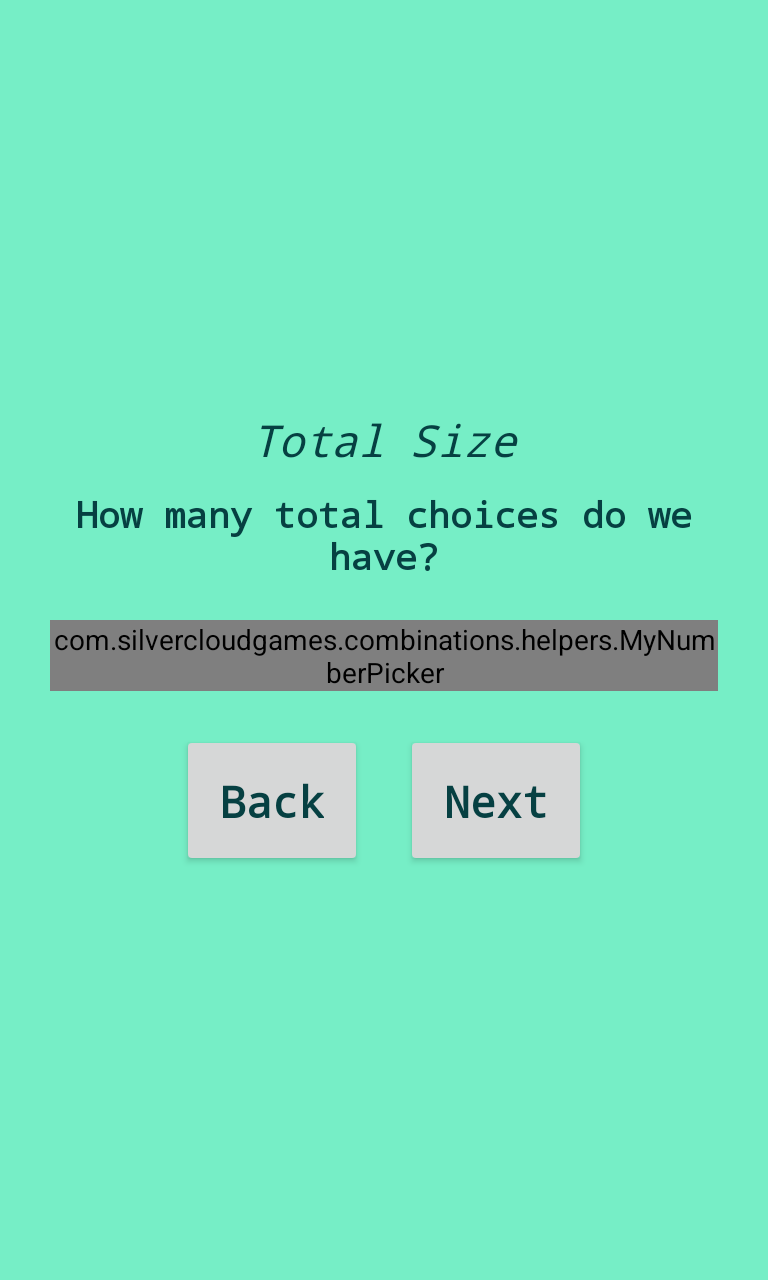
Repository: rontejada1991/Combinations-and-Permutations-Android-App
Layout: combinations/res/layout/activity_total_size.xml
An editor plug-in stored every save of this project. The layout is shown before and after the next save, followed by the edit.
Pictures or frames that could not be fetched are drawn as grey boxes. It is drawn on a 768 x 1280 px phone screen (xhdpi) without system bars, with theme AppTheme; the app's code is not run.

Above is the layout before, as saved 2014-11-07 21:03:17.

After the next save:
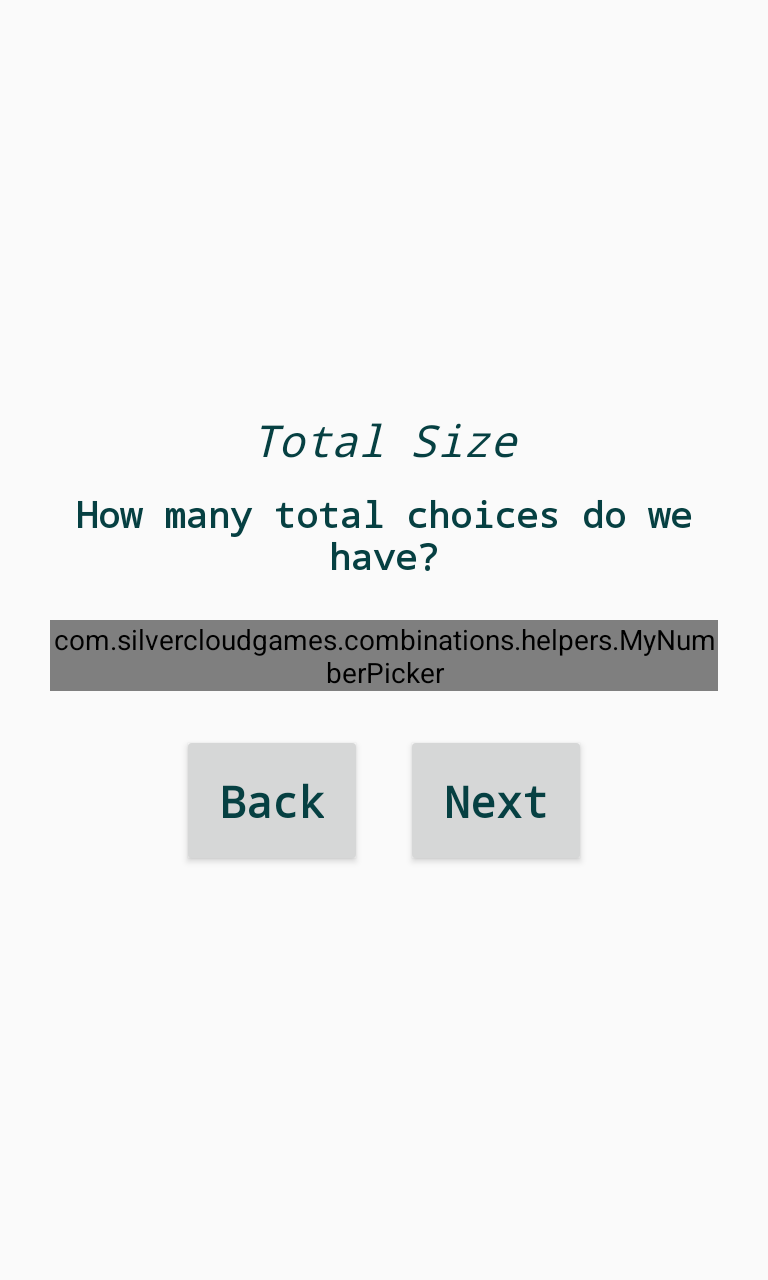
Saved 7 s later.
--- a/combinations/res/layout/activity_total_size.xml
+++ b/combinations/res/layout/activity_total_size.xml
@@ -5,8 +5,7 @@
 	android:orientation="vertical"
 	android:gravity="center"
 	android:padding="25dp"
-    tools:context="com.silvercloudgames.combinations.TotalSizeActivity"
-    android:background="#76eec6" >
+    tools:context="com.silvercloudgames.combinations.TotalSizeActivity" >
 
 	<TextView
 	    android:id="@+id/tv_title"
